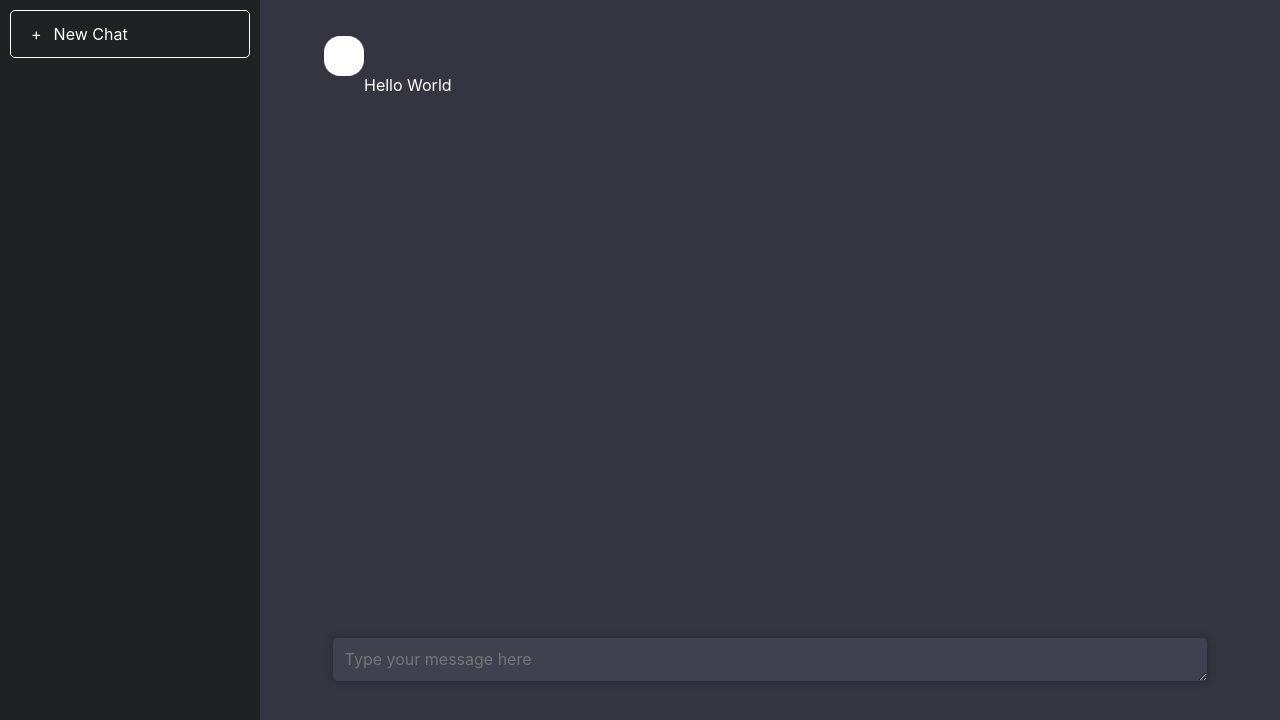
Repository: lancenigel/ChatGPT-Clone
Page: / (app in client/)
The author's editor kept a copy of each file at every save. The page is drawn from the files as they stood at one save, then again after the next save.
The browser window is 1280 px wide. The pictures show the whole page.
The project was rebuilt for these pictures with package versions that can differ from the ones it lists, and the page was loaded fresh each time.

Above is the page before, as saved 2024-02-04 00:40:59.

### client/src/App.js
import logo from "./logo.svg";
import "./App.css";
import "./normalize.css";

function App() {
  return (
    <div className="App">
      <aside className="sidemenu">
        <div className="sidemenu-button">
          <span className="sidemenu-button-span">+</span>
          New Chat
        </div>
      </aside>
      <section className="chatbox">
        <div className="chat-log">
          <div className="chat-message">
            <div className="chat-message-center">
              <div className="avatar"></div>
              <div className="message">Hello World</div>
            </div>
          </div>
        </div>

        <div className="chat-input-holder">
          <textarea
            rows="1"
            className="chat-input-textarea"
            placeholder="Type your message here"
          ></textarea>
        </div>
      </section>
    </div>
  );
}

export default App;

### client/src/App.css
.App {
  text-align: center;
  display: flex;
  background-color: #282c34;
  color: white;
  position: absolute;
  top:0;bottom:0;right:0;left:0;
}

.chatbox {
  flex: 1;
  background-color: #343541;
  position:relative;
}

.chat-log{
  padding: 24px;
  text-align: left;
  display: flex;
}

.chat-message{
  padding: 12px;
  display: flex;
  padding-left: 40px;
  padding-right: 40px;
}

.avatar{
  background: white;
  border-radius: 40%;
  width: 40px;
  height: 40px;
}

.message{
  padding-left: 40px;
  padding-right: 40px;

}


.chat-input-holder {
  padding: 24px;
  position: absolute;
  bottom:0;
  left:0; right:0;
}

.chat-input-textarea{
  background-color: #40414f;
  width: 90%;
  border-radius: 5px;
  padding: 12px;
  color:white;
  border: none;
  margin: 12px;
  outline: none;
  box-shadow: 0 0px 8px 0 rgb(0,0,0, 0.25);
}

.sidemenu {
  width: 260px;
  padding: 10px;
  background-color: #202123;
}

.sidemenu-button {
  border: 1px solid white;
  padding: 14px;
  border-radius: 5px;
  text-align: left;
  transition: ease 0.2s all;
}

.sidemenu-button:hover {
  background-color: rgb(255, 255, 255, 0.1);
}

.sidemenu-button-span{
  padding-left: 6px;
  padding-right: 12px;
}

.App-logo {
  height: 40vmin;
  pointer-events: none;
}

@media (prefers-reduced-motion: no-preference) {
  .App-logo {
    animation: App-logo-spin infinite 20s linear;
  }
}

.App-header {
  background-color: #282c34;
  min-height: 100vh;
  display: flex;
  flex-direction: column;
  align-items: center;
  justify-content: center;
  font-size: calc(10px + 2vmin);
  color: white;
}

.App-link {
  color: #61dafb;
}


@keyframes App-logo-spin {
  from {
    transform: rotate(0deg);
  }
  to {
    transform: rotate(360deg);
  }
}

Loaded but not shown: client/public/index.html (common file); client/src/index.js (common file); client/src/index.css (common file); client/src/reportWebVitals.js (common file); client/src/normalize.css (library)

After the next save:
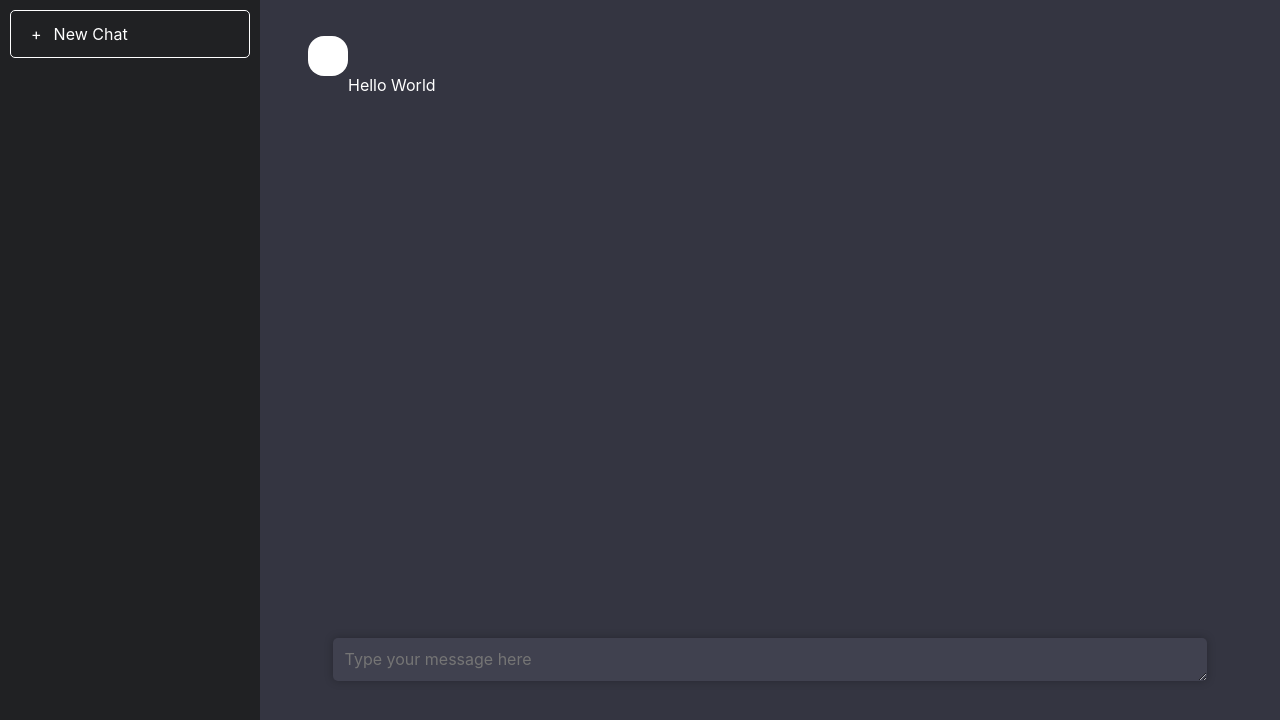
Saved 28 s later.
--- a/client/src/App.css
+++ b/client/src/App.css
@@ -22,8 +22,8 @@
 .chat-message{
   padding: 12px;
   display: flex;
-  padding-left: 40px;
-  padding-right: 40px;
+  padding-left: 24px;
+  padding-right: 24px;
 }
 
 .avatar{
